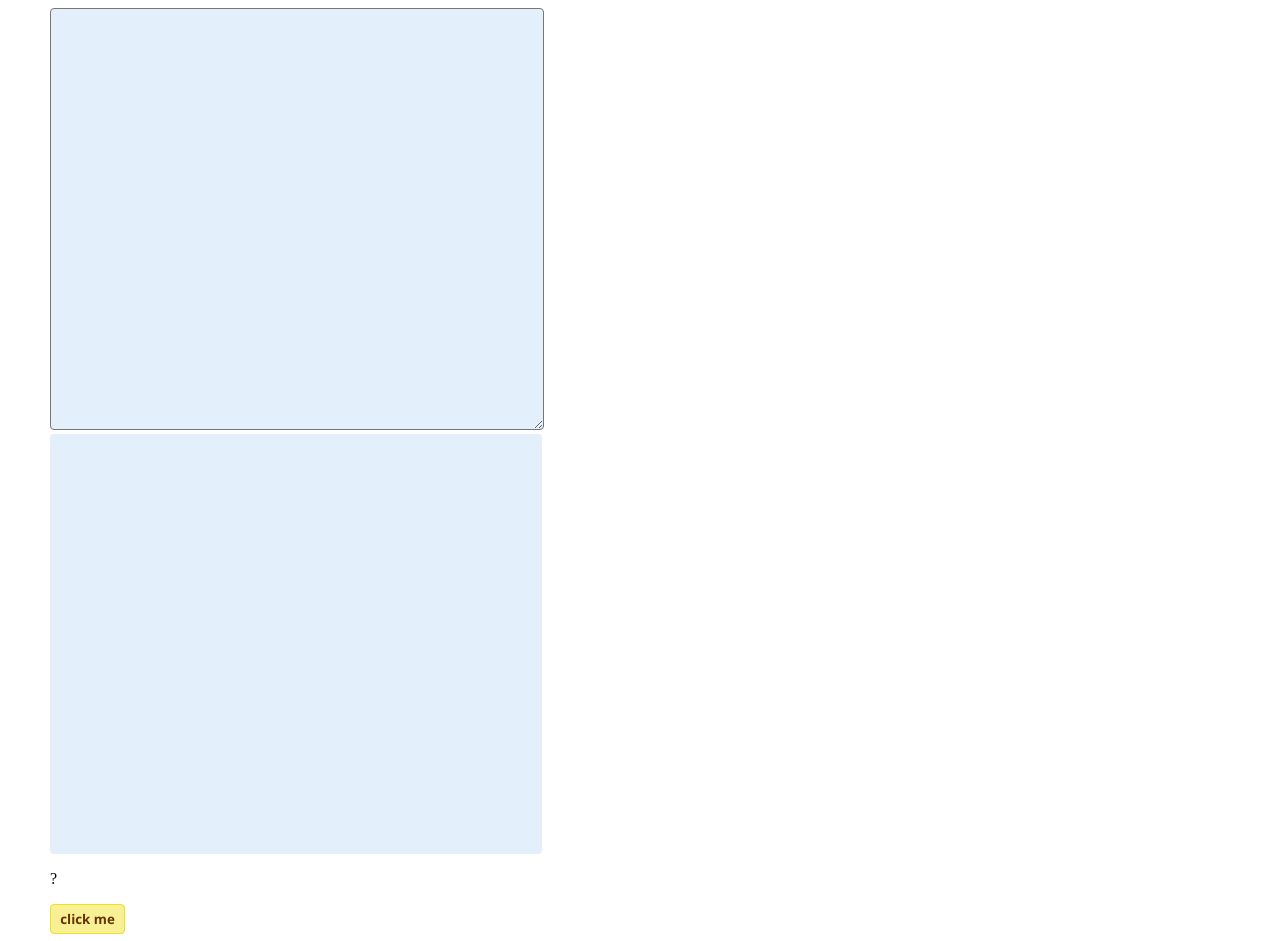
Repository: nikitazu/kali
Page: hello-world.html
The author's editor kept a record of every edit. The page is drawn from the files as they stood at one moment, then again after the next edit.
The browser window is 1280 px wide. The pictures show the whole page.

Above is the page before.

### hello-world.html
<!DOCTYPE html>

<html lang="en-us">

<head>
	<meta charset="utf-8">
	<title>Hello...</title>
	<link rel="stylesheet" type="text/css" href="styles/main.css">
</head>

<body>
	<div id="mainContent">
		<textarea
			id="evaluator"
			class="code-block"
			type="textarea"
			name="evaluator"
			v-model="evaluator.inputText"
			v-on="click: evaluatorInputTextChanged">
		</textarea>

		<div id="results" class="code-block">
			<div v-repeat="results" style="background:red">
				{{text}}
			</div>
		</div>
	</div>

	<div id="tools">
		<p id="helloText">?</p>
		<button id="clickButton" class="buttonStyle">click me</button>
	</div>

	<script src="libs/_bower.js"></script>
	<script src="app/main.js"></script>

	<script>
	var myButton = document.getElementById("clickButton");
	var myText = document.getElementById("helloText");
	//var results = document.getElementById("results");
	//var $evaluator = $("#evaluator > ul");
	//results.innerHTML = 'foo';

	//$evaluator.on('input', function(event) {
		//results.innerHTML = 'bar';
		///var expressions = $evaluator.text().trim().split('\n');

		//results.innerHTML = expressions.join('_');
		/*for (var i = 0; i < expressions.length; i++) {
			if (expressions[i])
			{
				var result = math.eval(expressions[i]);
				var resultSpan = document.createElement("div");
				resultSpan.textContent = result;
				results.appendChild(resultSpan);
			}
		}*/
    //});

	myButton.addEventListener('click', doSomething, false)

	function doSomething() {
		myText.textContent = math.eval('1.2 * (2 + 4.5)');
	}
	</script>

</body>
</html>

### styles/main.css
#mainContent {
	font-family: monospace;
}

.code-block-holder {
	display: flex;
	flex-direction: row;
	justify-content: space-around;
}

.code-block {
	background-color: #E3F0FB;
	border-radius: 4px;
	padding: 10px;
	width: 40%;
	min-height: 400px;
}

p.code-block {
	min-height: 30px;
	text-align: center;
	color: gray;
}

#results ol {
	padding: 0;
	margin: 0;
}

body {
	margin-left: 50px;
	margin-right: 50px;
}

h1 .subtitle {
	color: darkgrey;
	font-size: 60%;
	font-style: italic;
}

footer {
	text-align: center;
	color: darkgrey;
}

.buttonStyle {
	border-radius: 4px;
	border: thin solid #F0E020;
	padding: 5px;
	background-color: #F8F094;
	font-family: "Segoe UI", Tahoma, Geneva, Verdana, sans-serif;
	font-weight: bold;
	color: #663300;
	width: 75px;
}

.buttonStyle:hover {
	border: thin solid #FFCC00;
	background-color: #FCF9D6;
	color: #996633;
	cursor: pointer;
}
.buttonStyle:active {
	border: thin solid #99CC00;
	background-color: #F5FFD2;
	color: #669900;
	cursor: pointer;
}

### app/main.js
(function() {


function tryEval(expression, context) {
    try {
        return math.eval(expandContext(expression)) || '';
    } catch(e) {
        return e;
    }
}

function expandContext(expression, context) {
    for (var i = 0; i < context.length; i++) {
        var previousResult = context[i];

        expression.replace('', previousResult);
    }
}


var app = new Vue({
    el: '#mainContent',

    data: {
        inputText: '2+3\n5*2\n\n$1+$2\n1+1'
    },

    filters: {
        evaluate: function (data) {
            if (typeof(data) == 'undefined') {
                return '';
            }
            var lines = data.split('\n');
            var result = '';
            var context = new Array(lines.length);

            for (var i = 0; i < lines.length; i++) {
                var line = lines[i];
                var processedItem = tryEval(line, context);
                context[i] = processedItem;
                result += ('<li>' + processedItem + '</li>');
            }

            return '<ol>' + result + '</ol>';
        }
    }
});

})();

Loaded but not shown: libs/_bower.js (library)

After the next edit:
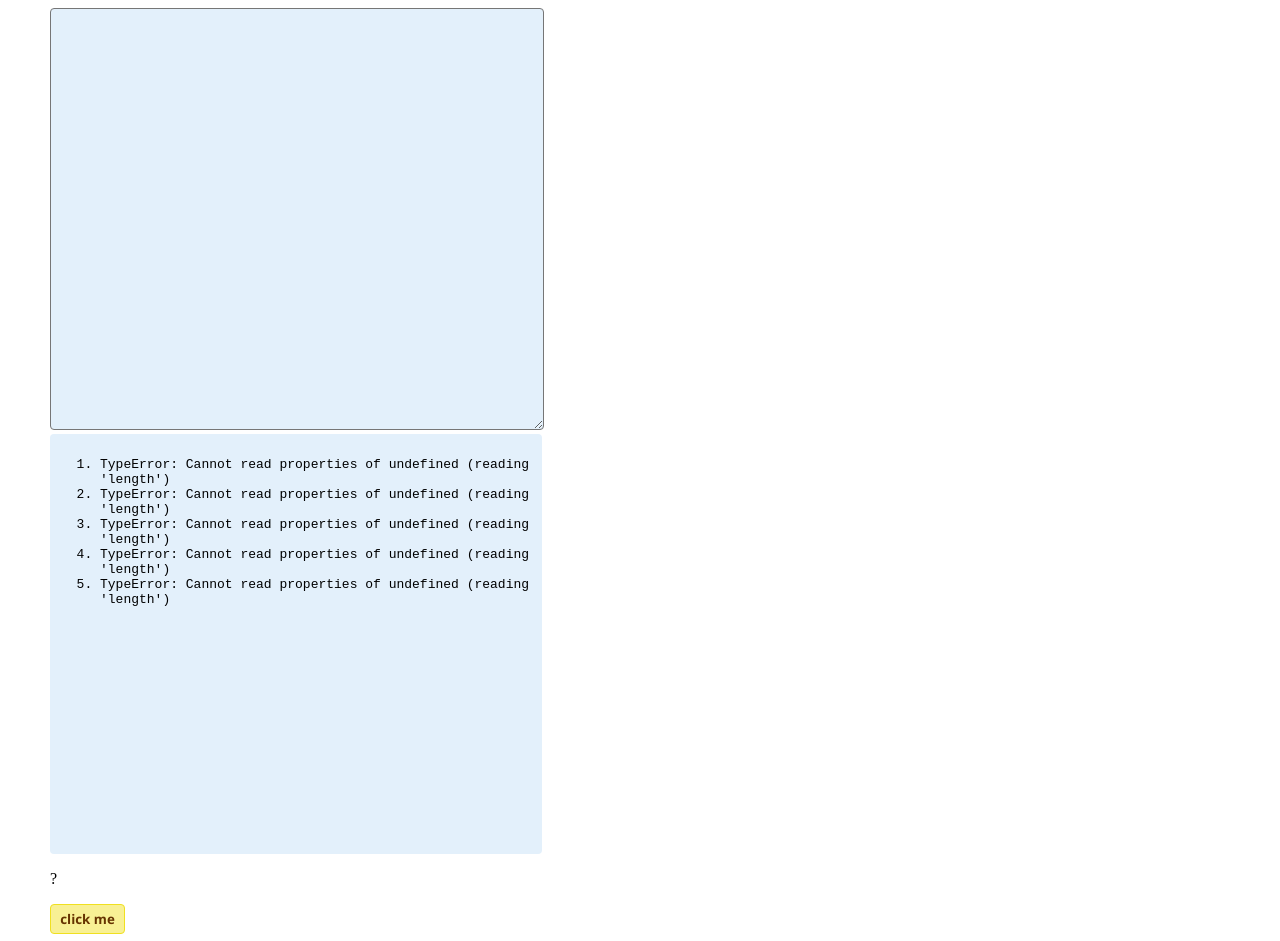
The edit:
--- a/hello-world.html
+++ b/hello-world.html
@@ -19,10 +19,7 @@
 			v-on="click: evaluatorInputTextChanged">
 		</textarea>
 
-		<div id="results" class="code-block">
-			<div v-repeat="results" style="background:red">
-				{{text}}
-			</div>
+		<div class="code-block" v-html="inputText | evaluate">
 		</div>
 	</div>
 
